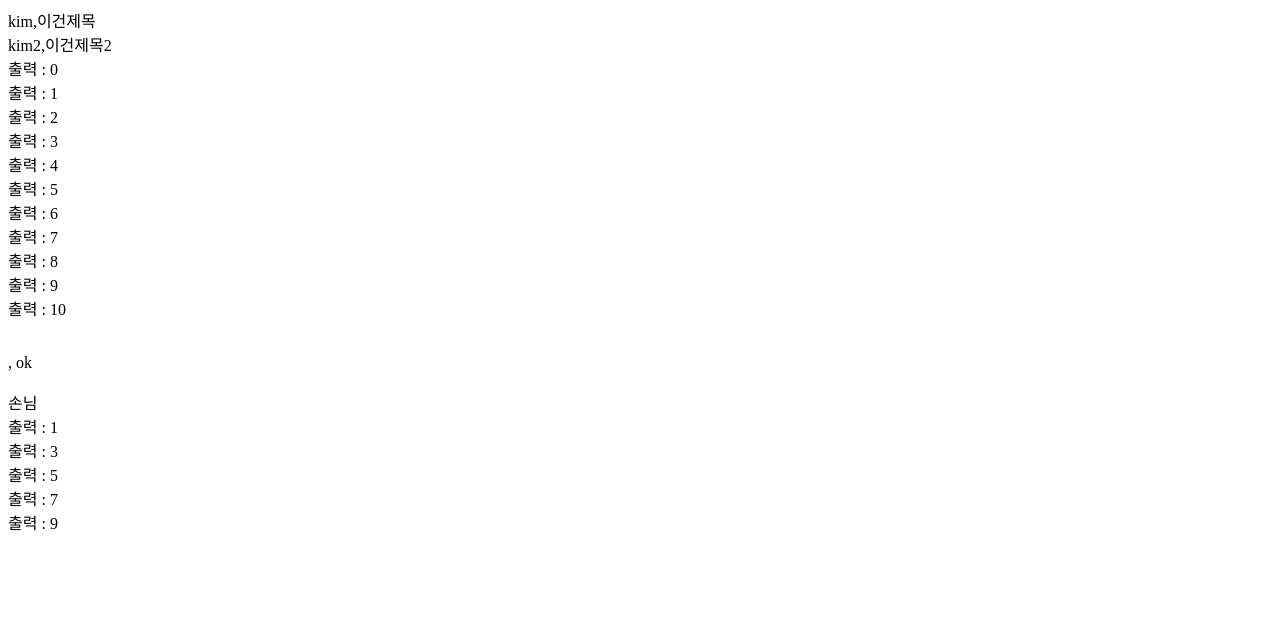
Repository: hinoky4693/workspace
Page: http://localhost/web_prj/JstlServlet
An editor plug-in stored every save of this project. The page is shown before and after the next save, followed by the edit.
The browser window is 1280 px wide. The pictures show the whole page.
The page is served by Tomcat 9. Other server files are loaded and not shown.

Above is the page before, as saved 2024-05-30 04:57:27.

### web_prj/src/main/webapp/lec_jstl.jsp
<%@ page language="java" contentType="text/html; charset=UTF-8"
    pageEncoding="UTF-8"%>
<%@taglib uri="http://java.sun.com/jsp/jstl/core" prefix="c" %>
<%@taglib uri="http://java.sun.com/jsp/jstl/fmt"  prefix="fmt" %>

<%@ page import="java.util.ArrayList" %>
<%@ page import="java.util.HashMap" %>
<%@ page import="com.kosta.sample.board.BoardVO" %>


<!DOCTYPE html>
<html>
<head>
<meta charset="UTF-8">
<title>Insert title here</title>
<script src="https://code.jquery.com/jquery-3.7.1.js"></script>
<script>
	$(function() {

	});
</script>
</head>
<body>
<!--
EL(Expression Language) : JSP 사용하는 스크립트릿 문법을 쉽게 표현 하는 표현식
JSTL(JSP Standard Tag Library) : JSP 표준라이브러리

	- JSP 내장객체 SCOPE : page > request > session > application
	- EL  내장객체 SCOPE : pageScope > requestScope > sessionScope > applicationScope
-->

<%
//	ArrayList<BoardVO> list = (ArrayList<BoardVO>)request.getAttribute("KEY_BOARDVO");
//	for(BoardVO bvo : list){
//		out.println(bvo.getRegid() + "," + bvo.getTitle());
//	}
%>
${requestScope.KEY_BOARDVO[0]["regid"]},${requestScope.KEY_BOARDVO[0]["title"]}<br>
${requestScope.KEY_BOARDVO[1]["regid"]},${requestScope.KEY_BOARDVO[1]["title"]}<br>

<c:forEach var="myvar" begin="0" end="10" step ="1" >
출력 : ${myvar} <br>
</c:forEach>

<c:forEach items="${KEY_LISTVO}" var="v">
	${bvo.regid} ${bvo.title} <br>
</c:forEach>
<p><br>

<c:if test="${not empty KEY_LISTVO}">
	<c:forEach items="${KEY_LISTVO}" var="mybvo" varStatus="mysts">
		${mybvo.regid} ${mybvo.title} - ${mysts.index} ${mysts.count}<br>
	</c:forEach>
</c:if>

<%
	//HashMap<String, BoardVO> map = (HashMap<String, BoardVO>)request.getAttribute("KEY_MAPVO");
	//out.println(map.get("map_key").getRegid()+"," + map.get("map_key").getTitle());
%>
<!--  ${requestScope.KEY_MAPVO.map_key.regid}, ${KEY_MAPVO.map_key.title} -->

<%
	//	String uid = (String)session.getAttribute("SESS_ID");
	//	out.print(uid);
%>
<!-- ${sessionScope.SESS_ID} -->

<% // 요청으로부터 모든 쿠키를 가져옵니다.
Cookie[] cookies = request.getCookies();
String myCookieValue = null;
if (cookies != null) {
	for (Cookie cookie : cookies) {
		out.println(cookie.getName() + "," + cookie.getValue() + "<br>");
			}
		}
%>
${cookie.MY_COOKIE_UID.name},${cookie.MY_COOKIE_UID.value}

<!-- JSTL : if  forEach -->
<%
String cval = "lee";
int num = 10;
if(cval.equals("lee") && num == 10){
	out.println("ok<br>");
} else{
	out.println("fail<br>");
}
%>

<c:if test="${cookie.MY_COOKIE_UID.value eq 'lee'}">
	oklee <br>
</c:if>

<c:if test="${cookie.MY_COOKIE_UID.value eq 'lee'}">
	oklee <br>
</c:if>
<br>
<c:set value="lkh" var="userid"/>
<c:choose>
       <c:when test="${userid == 'hong'}">
            유저:홍<br>
       </c:when>
       <c:when test="${userid == 'admin'}">
           어드민<br>
       </c:when>
       <c:otherwise>
           손님<br>
       </c:otherwise>
</c:choose>

<c:forEach var="myvar" begin="1" end="10" step ="2" >
출력 : ${myvar} <br>
</c:forEach>


</body>
</html>

### web_prj/src/main/java/com/kosta/sample/jstl/JstlServlet.java
package com.kosta.sample.jstl;

import java.io.IOException;
import java.util.ArrayList;
import java.util.HashMap;

import javax.servlet.RequestDispatcher;
import javax.servlet.ServletException;
import javax.servlet.annotation.WebServlet;
import javax.servlet.http.Cookie;
import javax.servlet.http.HttpServlet;
import javax.servlet.http.HttpServletRequest;
import javax.servlet.http.HttpServletResponse;
import javax.servlet.http.HttpSession;

import com.kosta.sample.board.BoardVO;

@WebServlet("/JstlServlet")
public class JstlServlet extends HttpServlet {
	private static final long serialVersionUID = 1L;

    public JstlServlet() {
        super();

    }

	protected void doGet(HttpServletRequest request, HttpServletResponse response) throws ServletException, IOException {
		request.setCharacterEncoding("UTF-8");
		response.setContentType("text/html;charset=UTF-8");

		ArrayList<BoardVO> list = new ArrayList<BoardVO>();

		BoardVO bvo = new BoardVO();
		bvo.setRegid("kim");
		bvo.setTitle("이건제목");
		list.add(bvo);

		bvo = new BoardVO();
		bvo.setRegid("kim2");
		bvo.setTitle("이건제목2");
		list.add(bvo);
		request.setAttribute("KEY_BOARDVO", list);

//		HashMap<String, BoardVO> map = new HashMap<String, BoardVO>();
//		BoardVO bvo = new BoardVO();
//		bvo.setRegid("kim33");
//		bvo.setTitle("이건제목33");
//		map.put("map_key", bvo);
//		request.setAttribute("KEY_MAPVO", map);

//		HttpSession session = request.getSession();
//		session.setAttribute("SESS_ID", "kim44");
//		session.setAttribute("SESS_GRADE", "gold");

		Cookie ck = new Cookie("MY_COOKIE_UID", "lee");

		ck.setMaxAge(100);
		response.addCookie(ck);

		RequestDispatcher rd = request.getRequestDispatcher("lec_jstl.jsp");
		rd.forward(request, response);

	}


}

### web_prj/src/main/java/com/kosta/sample/board/BoardVO.java
package com.kosta.sample.board;

import java.util.List;

public class BoardVO {
	//ctrl + shift + X : 대문자
	//ctrl + shift + Y : 소문자
	private int seq;            //PK sequence
	private String title;
	private String contents;
	private String regid;       //session cookie
	private String regdate;     //default sysdate

	//private String tag;

	List<ReplyVO> replies;      //1:N

	public BoardVO() {}


	public BoardVO(int seq, String title, String contents, String regid, String regdate) {
		//super();
		this.seq = seq;
		this.title = title;
		this.contents = contents;
		this.regid = regid;
		this.regdate = regdate;
	}

	public BoardVO(int seq, String title, String contents, String regid,
			String regdate, List<ReplyVO> replies) {
		//super();
		this(seq, title, contents, regid, regdate);
		this.replies = replies;
	}


	public List<ReplyVO> getReplies() {
		return replies;
	}


	public void setReplies(List<ReplyVO> replies) {
		this.replies = replies;
	}


	public int getSeq() {
		return seq;
	}
	public String getTitle() {
		return title;
	}
	public String getContents() {
		return contents;
	}
	public String getRegid() {
		return regid;
	}
	public String getRegdate() {
		return regdate;
	}
	public void setSeq(int seq) {
		this.seq = seq;
	}
	public void setTitle(String title) {
		this.title = title;
	}
	public void setContents(String contents) {
		this.contents = contents;
	}
	public void setRegid(String regid) {
		this.regid = regid;
	}
	public void setRegdate(String regdate) {
		this.regdate = regdate;
	}


	@Override
	public String toString() {
		return "BoardVO [seq=" + seq + ", title=" + title + ", contents=" + contents + ", regid=" + regid + ", regdate="
				+ regdate + ", replies=" + replies + "]";
	}

}

### web_prj/src/main/java/com/kosta/sample/board/ReplyVO.java
package com.kosta.sample.board;

public class ReplyVO {
	private int rseq;        //PK
	private String reply;
	private String regid;    //session cookie
	private String regdate;  //default sysdate
	private int seq ;        //FK - reference board(seq)

	public ReplyVO() {}


	public ReplyVO(int rseq, String reply, String regid, String regdate, int seq) {
		super();
		this.rseq = rseq;
		this.reply = reply;
		this.regid = regid;
		this.regdate = regdate;
		this.seq = seq;
	}



	public int getRseq() {
		return rseq;
	}

	public String getReply() {
		return reply;
	}

	public String getRegid() {
		return regid;
	}

	public String getRegdate() {
		return regdate;
	}

	public int getSeq() {
		return seq;
	}

	public void setRseq(int rseq) {
		this.rseq = rseq;
	}

	public void setReply(String reply) {
		this.reply = reply;
	}

	public void setRegid(String regid) {
		this.regid = regid;
	}

	public void setRegdate(String regdate) {
		this.regdate = regdate;
	}

	public void setSeq(int seq) {
		this.seq = seq;
	}

	@Override
	public String toString() {
		return "ReplyVO [rseq=" + rseq + ", reply=" + reply + ", regid=" + regid + ", regdate=" + regdate + ", seq="
				+ seq + "]";
	}



}

After the next save:
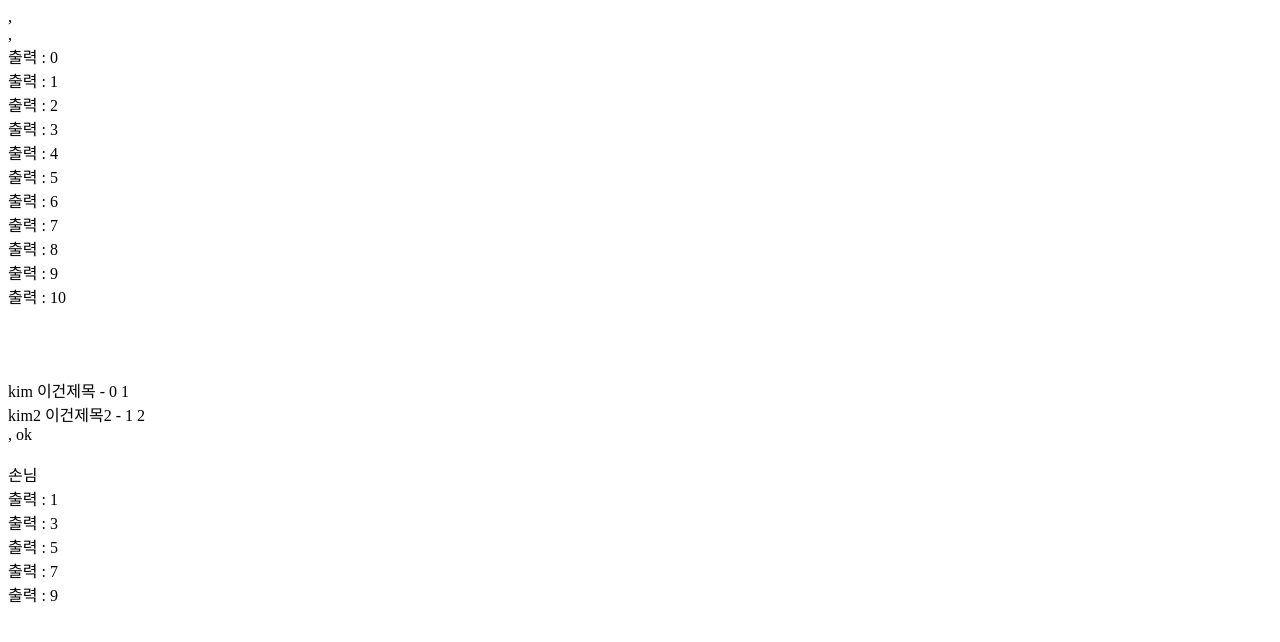
Saved 3 s later.
--- a/web_prj/src/main/java/com/kosta/sample/jstl/JstlServlet.java
+++ b/web_prj/src/main/java/com/kosta/sample/jstl/JstlServlet.java
@@ -39,7 +39,7 @@ public class JstlServlet extends HttpServlet {
 		bvo.setRegid("kim2");
 		bvo.setTitle("이건제목2");
 		list.add(bvo);
-		request.setAttribute("KEY_BOARDVO", list);
+		request.setAttribute("KEY_LISTVO", list);
 
 //		HashMap<String, BoardVO> map = new HashMap<String, BoardVO>();
 //		BoardVO bvo = new BoardVO();
